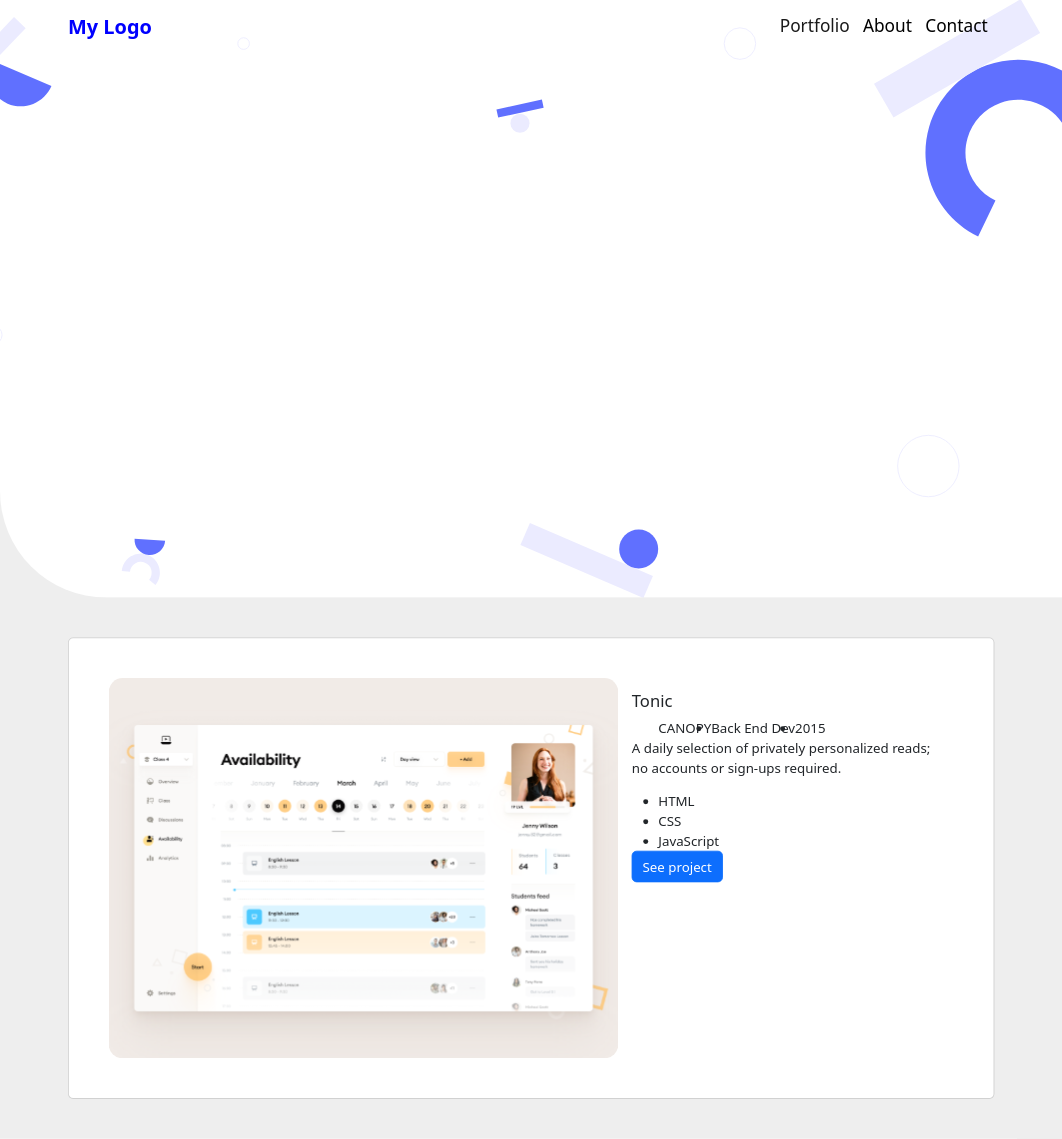
Repository: waelelsafty07/Bootstrap-Portfolio
Page: index.html
An editor plug-in stored every save of this project. The page is shown before and after a run of saves, followed by the edit.
The browser window is 1280 px wide. The pictures show the whole page, at 83% of full size.

Above is the page before, as saved 2023-04-04 16:37:16.

### index.html
<!DOCTYPE html>
<html lang="en">
<head>
    <meta charset="UTF-8">
    <meta http-equiv="X-UA-Compatible" content="IE=edge">
    <meta name="viewport" content="width=device-width, initial-scale=1.0">
    <title>Portfolio</title>
    <link rel="stylesheet" href="css/bootstrap.min.css"/>
    <link rel="stylesheet" href="styles.css"/>
</head>
<body>
    <header>
        <nav class="navbar navbar-expand-lg navbar-light">
            <div class="container">
              <a class="navbar-brand" href="#">My Logo</a>
              <button class="navbar-toggler" type="button" data-bs-toggle="collapse" data-bs-target="#navbarNav" aria-controls="navbarNav" aria-expanded="false" aria-label="Toggle navigation">
                <span class="navbar-toggler-icon"></span>
              </button>
              <div class="collapse navbar-collapse flex-row-reverse" id="navbarNav">
                <ul class="navbar-nav">
                  <li class="nav-item">
                    <a class="nav-link active" aria-current="page" href="#">Portfolio</a>
                  </li>
                  <li class="nav-item">
                    <a class="nav-link" href="#">About</a>
                  </li>
                  <li class="nav-item">
                    <a class="nav-link" href="#">Contact</a>
                  </li>
                </ul>
              </div>
            </div>
          </nav>
    </header>
    <main>
      <section id="works" class="works m-5">
        <div class="container">
          <div class="card flex-row p-5">
            <img src="images/Snapshoot Portfolio (1).svg" class="card-img-top" alt="...">
            <div class="card-body">
              <h5 class="card-title">Tonic</h5>
              <ul class="d-flex">
                <li class="no-style">CANOPY</li>
                <li>Back End Dev</li>
                <li>2015</li>
              </ul>
              <p class="card-text">A daily selection of privately personalized reads; no accounts or sign-ups required.</p>
              <ul>
                <li>HTML</li>
                <li>CSS</li>
                <li>JavaScript</li>
              </ul>
              <a href="#" class="btn btn-primary">See project</a>
            </div>
          </div>
        </div>
      </section>
    </main>

    <script src="js/bootstrap.bundle.min.js"></script>
</body>
</html>

### styles.css
body {
  background-color: #eee;
}
header {
  background-color: #fff;
  background-image: url("images/Header\ bg.svg");
  background-repeat: no-repeat;
  background-position: center;
  height: 100vh;
  border-bottom-left-radius: 8rem;
}
nav .navbar-brand {
  font-weight: bold;
  font-size: 1.5rem;
  color: blue;
}
nav .nav-link {
  font-weight: 500;
  font-size: 1.3rem;
  color: #000;
}

.no-style {
  list-style: none;
}

ul {
  margin: 0;
}

Loaded but not shown: css/bootstrap.min.css (library); js/bootstrap.bundle.min.js (library)

After the next 2 saves:
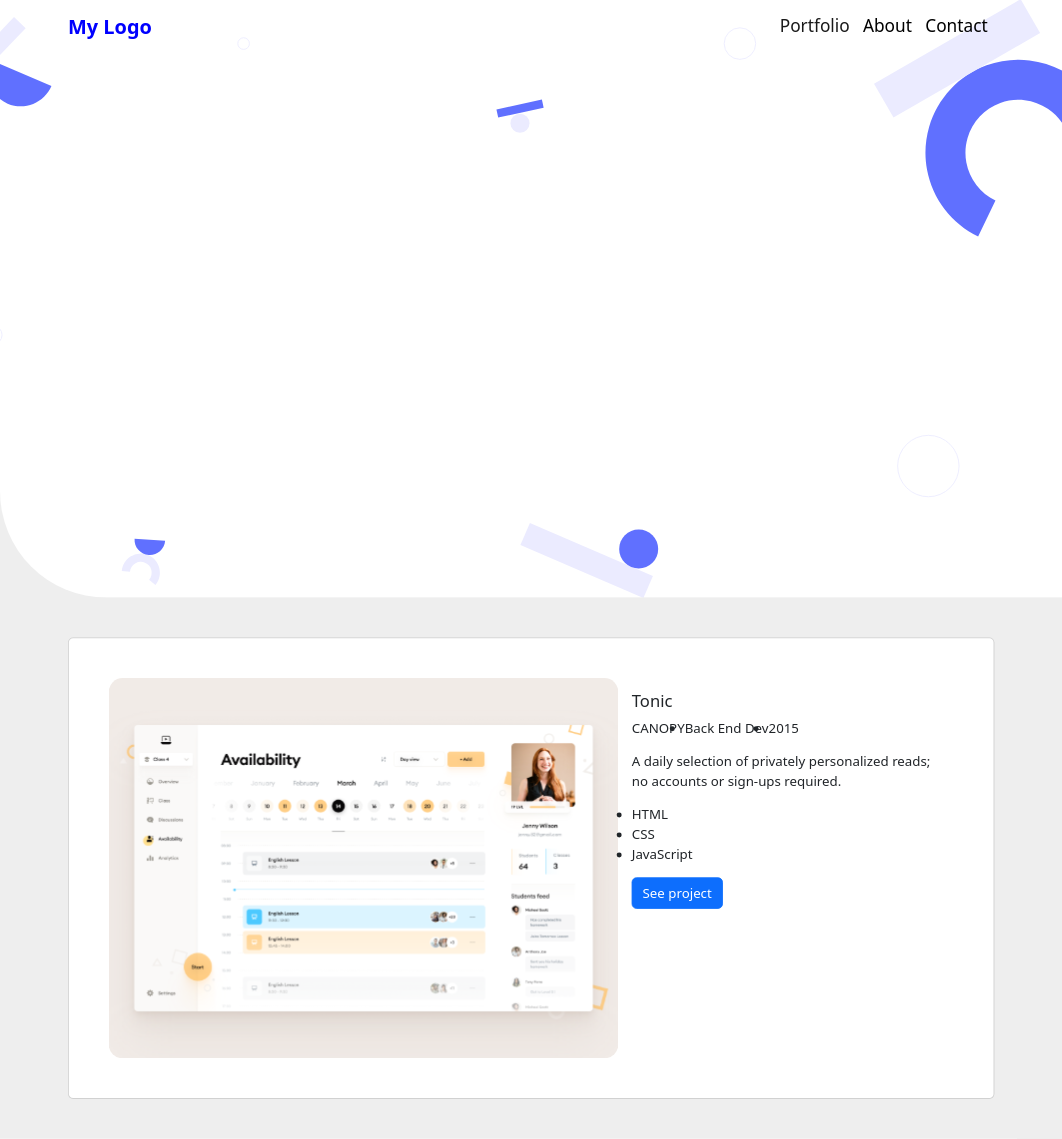
The 2 saves are shown as one change because they came seconds apart.
The last was saved 41 s later.
--- a/styles.css
+++ b/styles.css
@@ -25,5 +25,5 @@ nav .nav-link {
 }
 
 ul {
-  margin: 0;
+  padding: 0;
 }
